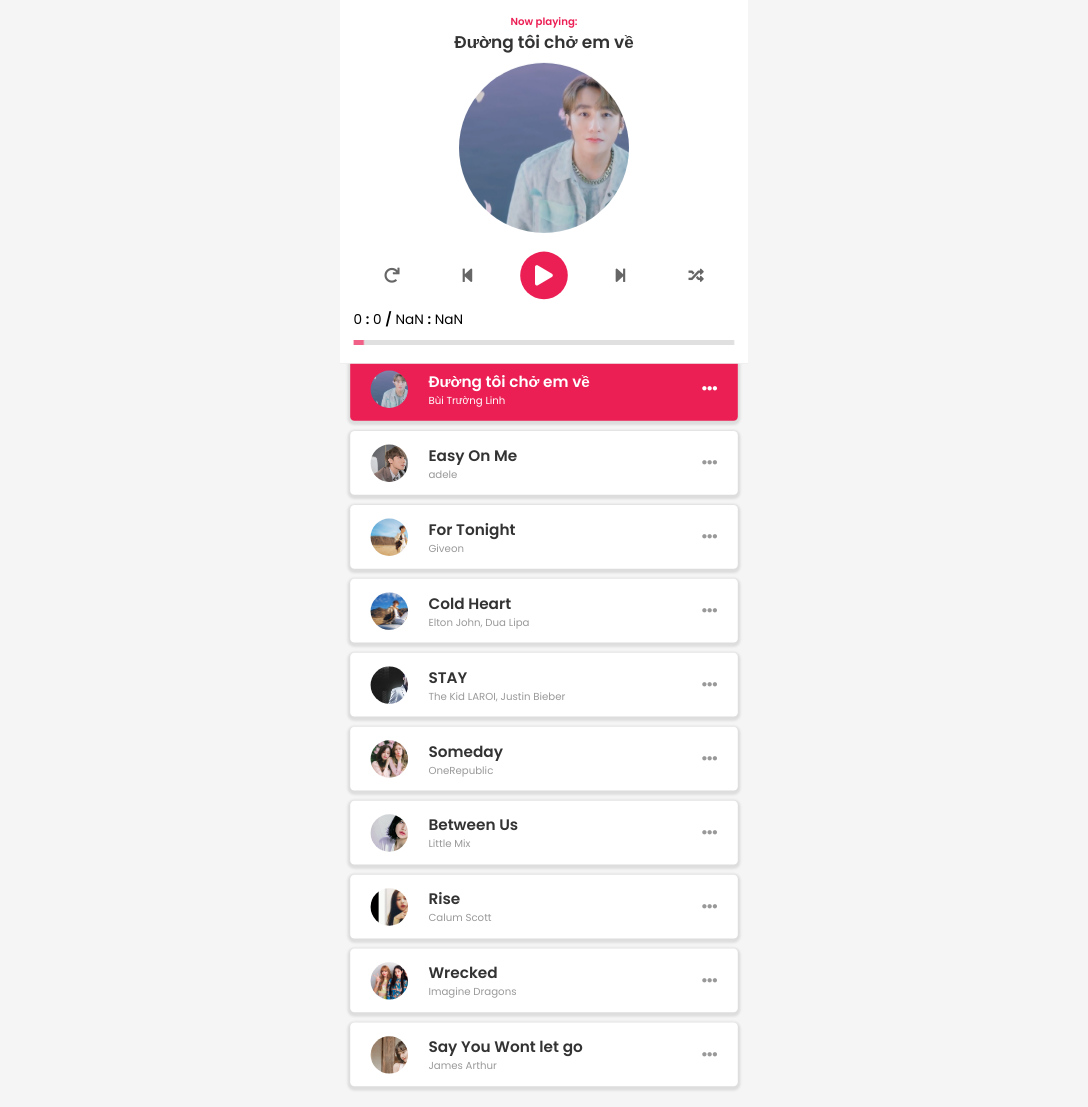
Repository: maivannhan1998/MusicPlayer.github.io
Page: index.html
These files come from the project's save history. The page is drawn as it stood at one moment and after the next save; the edit follows.
The browser window is 1280 px wide. The pictures show the whole page, at 85% of full size.

Above is the page before, as saved 2021-11-11 15:32:36.

### index.html
<!DOCTYPE html>
<html lang="en">
<head>
    <meta charset="UTF-8">
    <meta http-equiv="X-UA-Compatible" content="IE=edge">
    <meta name="viewport" content="width=device-width, initial-scale=1.0">
    <title>Music Play</title>
    <link rel="stylesheet" href="./assets/css/main.css">
    <link rel="stylesheet" href="https://cdnjs.cloudflare.com/ajax/libs/font-awesome/5.15.2/css/all.min.css" integrity="sha512-HK5fgLBL+xu6dm/Ii3z4xhlSUyZgTT9tuc/hSrtw6uzJOvgRr2a9jyxxT1ely+B+xFAmJKVSTbpM/CuL7qxO8w==" crossorigin="anonymous" />
    <link rel="preconnect" href="https://fonts.gstatic.com">
    <link href="https://fonts.googleapis.com/css2?family=Poppins:wght@300;400;600&display=swap" rel="stylesheet">
</head>
<body>
    <div class="player">
        <!-- Dashboard -->
        <div class="dashboard">
          <!-- Header -->
          <header>
            <h4>Now playing:</h4>
            <h2>String 57th & 9th</h2>
          </header>

          <!-- CD -->
          <div class="cd">
            <div class="cd-thumb">
            </div>
          </div>

          <!-- Control -->
          <div class="control">
                <div class="btn btn-repeat">
                    <i class="fas fa-redo"></i>
                </div>
                <div class="btn btn-prev">
                    <i class="fas fa-step-backward"></i>
                </div>
                <div class="btn btn-toggle-play">
                    <i class="fas fa-pause icon-pause"></i>
                    <i class="fas fa-play icon-play"></i>
                </div>
                <div class="btn btn-next">
                    <i class="fas fa-step-forward"></i>
                </div>
                <div class="btn btn-random">
                    <i class="fas fa-random"></i>
                </div>
          </div>
          <span id="time"></span>
          <b class="dot">:</b>
          <span id="timeCurrent"></span>
          <b class="dash">/</b>
          <span id="duration"></span>
          <b class="mark">:</b>
          <span id="timeDuration"></span>
          <input id="progress" class="progress" type="range" value="0" step="1" min="0" max="100">



          <audio id="audio" src=""></audio>
        </div>

        <!-- Playlist -->
        <div class="playlist">

        </div>

    </div>
    <script>
        /*
        1. render song
        2. scroll top
        3. play / pause / seek
        4. cd rotate
        5. next / prev
        6. random
        7. next / repeat when end
        8. active song
        9. scroll active song into view
        10. play song when click
        */

        const $ = document.querySelector.bind(document);
        const $$ = document.querySelectorAll.bind(document);

        // get element
        const cd = $('.cd');
        const cdWidth  = cd.offsetWidth;

        const heading  = $('header h2');
        const cdThumb = $('.cd-thumb');
        const audio = $('#audio');
        const player  = $('.player');

        const playBtn = $('.btn-toggle-play');

        const progress = $('#progress');

        const nextBtn = $('.btn-next');
        const prevBtn = $('.btn-prev');

        const randomBtn = $('.btn-random');

        const repeatBtn = $('.btn-repeat');

        const playList = $('.playlist');

        const time = $('#time');
        const Duration = $('#duration');
        const timeCurrent = $('#timeCurrent');
        const dot = $('.dot');
        const timeDuration = $('#timeDuration');
        const dash = $('.dash');
        const mark = $('.mark');


        const app = {

        currentIndex: 0,

        isPlaying: false,

        isRandom: false,

        isRepeat: false,

        songs: [
                {
                    name: 'Đường tôi chở em về',
                    singer: 'Bùi Trường Linh',
                    path: './assets/music/song11.mp3',
                    image: './assets/img/img2.jpg'
                }, {
                    name: 'Easy On Me',
                    singer: 'adele',
                    path: './assets/music/song1.mp3',
                    image: './assets/img/img1.jpg'
                }, {
                    name: 'For Tonight',
                    singer: 'Giveon',
                    path: './assets/music/song3.mp3',
                    image: './assets/img/img3.jpg'
                }, {
                    name: 'Cold Heart',
                    singer: 'Elton John, Dua Lipa',
                    path: './assets/music/song4.mp3',
                    image: './assets/img/img4.jpg'
                }, {
                    name: 'STAY',
                    singer: 'The Kid LAROI, Justin Bieber',
                    path: './assets/music/song5.mp3',
                    image: './assets/img/img5.jpg'
                }, {
                    name: 'Someday',
                    singer: 'OneRepublic',
                    path: './assets/music/song6.mp3',
                    image: './assets/img/img6.jpg'
                }, {
                    name: 'Between Us',
                    singer: 'Little Mix',
                    path: './assets/music/song7.mp3',
                    image: './assets/img/img7.jpg'
                }, {
                    name: 'Rise',
                    singer: 'Calum Scott',
                    path: './assets/music/song8.mp3',
                    image: './assets/img/img8.jpg'
                }, {
                    name: 'Wrecked',
                    singer: 'Imagine Dragons',
                    path: './assets/music/song9.mp3',
                    image: './assets/img/img9.jpg'
                }, {
                    name: 'Say You Wont let go',
                    singer: 'James Arthur',
                    path: './assets/music/song10.mp3',
                    image: './assets/img/img10.jpg'
                }
            ],

            render: function(){
                const htmls = this.songs.map((song, index) => {
                    return `
                        <div class="song ${index === this.currentIndex ? 'active' : '' }" data-index = "${index}">
                            <div class="thumb"
                                style="background-image: url('${song.image}')">
                            </div>
                            <div class="body">
                                <h3 class="title">${song.name}</h3>
                                <p class="author">${song.singer}</p>
                            </div>
                            <div class="option">
                                <i class="fas fa-ellipsis-h"></i>
                            </div>
                        </div>
                    `
                })
                playList.innerHTML = htmls.join('')
            },




            defineProperties: function(){
                Object.defineProperty(this, 'currentSong', {
                    get: function(){
                        return this.songs[this.currentIndex];
                    }
                })
            },

            handleEvents: function() {
                // handle cd turn / stop
                const cdAnimate =  cd.animate([

                { transform: 'rotate(360deg)' },
                ], {
                duration: 10000,
                iterations: Infinity
                });
                cdAnimate.pause()

                // handle zoom in / zoom out video
                document.onscroll = function () {
                    const scrollTop = window.scrollY || document.documentElement.scrollTop;
                    const newCdWidth = cdWidth - scrollTop;

                    cd.style.width = newCdWidth > 0 ? newCdWidth + 'px' : 0;
                    cd.style.opacity = newCdWidth / cdWidth;
                }

                // handle when click play
                playBtn.onclick = function() {
                    if(app.isPlaying) {
                        audio.pause();
                    }
                    else{
                        audio.play();
                    }




                    // case 2 use toggle
                    // app.isPlaying = !app.isPlaying
                    // // if true : play() ,if false : pause()
                    // app.isPlaying ? audio.play() : audio.pause()
                    // player.classList.toggle('playing',app.isPlaying)
                },

                // when song is paused
                audio.onpause = function() {
                        cdAnimate.pause()
                        app.isPlaying =  false;
                        player.classList.remove('playing');
                }
                    // when song is played
                audio.onplay = function() {
                        cdAnimate.play()
                        app.isPlaying = true;
                        player.classList.add('playing');
                },

                // when the song duration changes
                audio.ontimeupdate = function() {
                    if(audio.duration) {
                        const progressPercent = Math.floor(audio.currentTime / audio.duration * 100);
                        progress.value = progressPercent;
                    }
                    const minutes = audio.duration/60;
                    const millisecond = minutes*10;
                    const times =  audio.currentTime/60;
                    const timeCurrents = (times*10);
                    timeCurrent.innerHTML = timeCurrents.toFixed();
                    time.innerHTML = times.toFixed();
                    Duration.innerHTML = minutes.toFixed();
                    timeDuration.innerHTML = millisecond.toFixed();
                    dot.style.display = "inline-block";
                    dash.style.display = "inline-block";
                    mark.style.display = "inline-block";
                },

                // Xử lí khi tua bài hát
                progress.oninput = function(e) {
                    const seekTime  = e.target.value * audio.duration / 100;
                    audio.currentTime = seekTime;
                },



                //  next song
                nextBtn.onclick = function() {
                    if(app.isRandom) {
                        app.playRandomSong()
                    }
                    else {
                        app.nextSong();
                    }
                    audio.play();
                    app.render()
                    app.scrollInToView();

                },

                // backward song
                prevBtn.onclick = function() {
                    if(app.isRandom) {
                        app.playRandomSong()
                    }
                    else {
                        app.prevSong();
                    }
                    audio.play();
                    app.render()
                    app.scrollInToView();

                },

                // turn on / off random
                randomBtn.onclick = function() {
                if(app.isRandom) {
                        app.isRandom = false;
                        randomBtn.classList.remove('active')
                    }
                    else {
                        app.isRandom = true;
                        randomBtn.classList.add('active')
                        }
                    // use toggle
                    // app.isRandom = !app.isRandom;
                    // randomBtn.classList.toggle('active', app.isRandom);
                },

                repeatBtn.onclick = function() {
                    app.isRepeat = !app.isRepeat
                    repeatBtn.classList.toggle('active', app.isRepeat);
                }

                audio.onended = function() {
                    if(app.isRepeat) {
                        audio.play()
                    }
                    else {
                        // click(): auto click button next
                        nextBtn.click();
                    }
                }

                playList.onclick = function(e) {
                    const songNode = e.target.closest('.song:not(.active)');
                    if(songNode || e.target.closest('.option')) {
                        if(e.target.closest('.song:not(.active)')) {
                            app.currentIndex = Number(songNode.getAttribute('data-index'))
                            app.loadCurrentSong();
                            audio.play();
                            app.render()
                        }
                    }
                }
            },

            loadCurrentSong: function() {

                heading.innerText = this.currentSong.name;
                cdThumb.style.backgroundImage = `url('${this.currentSong.image}')`;
                audio.src = this.currentSong.path;

            },

            // handle next Song
            nextSong: function() {
                this.currentIndex++;
                if(this.currentIndex >= this.songs.length) {
                    this.currentIndex = 0;
                }
                this.loadCurrentSong();
            },

            prevSong: function() {
                this.currentIndex--;
                if(this.currentIndex < 0) {
                    this.currentIndex = this.songs.length - 1
                }

                this.loadCurrentSong();
            },

            playRandomSong: function() {
                let newSong;
                do {
                    newSong = Math.floor(Math.random() * this.songs.length)
                }
                while(newSong === this.currentIndex)

                this.currentIndex = newSong;
                this.loadCurrentSong();

            },

            scrollInToView: function() {
              setTimeout(function() {
                $('.song.active').scrollIntoView({
                    behavior: 'smooth',
                    block: 'center'

                });
              },200)
            },

            start: function() {
                // Define attributes for Obj
                this.defineProperties();

                // listen / handle events (Dom events)
                this.handleEvents();

                // Load this first song info into UI when running the app
                this.loadCurrentSong();

                // render playlist
                this.render();
            }
        }
        app.start();


    </script>
</body>
</html>

### assets/css/main.css
:root {
  --primary-color: #ec1f55;
  --text-color: #333;
}

* {
  padding: 0;
  margin: 0;
  box-sizing: inherit;
}

body {
  background-color: #f5f5f5;
}

html {
  box-sizing: border-box;
  font-family: "Poppins", sans-serif;
}

.player {
  position: relative;
  max-width: 480px;
  margin: 0 auto;
}

.player .icon-pause {
  display: none;
}

.player.playing .icon-pause {
  display: inline-block;
}

.player.playing .icon-play {
  display: none;
}

.dashboard {
  position: fixed;
  padding: 16px 16px 14px;
  background-color: #fff;
  top: 0;
  width: 100%;
  max-width: 480px;
  border-bottom: 1px solid #ebebeb;
}

header {
  text-align: center;
  margin-bottom: 10px;
}

header h2 {
  color: var(--text-color);
  font-size: 20px;
}

header h4 {
  color: var(--primary-color);
  font-size: 12px;
}

.cd {
  display: flex;
  margin: auto;
  width: 200px;
}

.cd-thumb {
  background-image: url('/assets/img/img10.jpg');
  width: 100%;
  padding-top: 100%;
  border-radius: 50%;
  background-color: #333;
  background-size: cover;
  margin: auto;
}

.control {
  display: flex;
  align-items: center;
  justify-content: space-around;
  padding: 18px 0 8px 0;
}

.control .btn {
  color: #666;
  padding: 18px;
  font-size: 18px;
}

.control .btn.active {
  color: var(--primary-color);
}

.control .btn-toggle-play {
  display: flex;
  align-items: center;
  justify-content: center;
  width: 56px;
  height: 56px;
  border-radius: 50%;
  font-size: 24px;
  color: #fff;
  background-color: var(--primary-color);
}

.progress {
  width: 100%;
  -webkit-appearance: none;
  appearance: none;
  height: 6px;
  background: #d3d3d3;
  outline: none;
  opacity: 0.7;
  -webkit-transition: 0.2s;
  transition:  opacity 0.2s;
}

.progress::-webkit-slider-thumb {
  -webkit-appearance: none;
  appearance: none;
  cursor: pointer;
  background-color: var(--primary-color);
  width: 12px;
  height: 6px;
}

.playlist {
  margin-top: 408px;
  padding: 12px;
}
.song {
  display: flex;
  align-items: center;
  margin-bottom: 12px;
  background-color: #fff;
  padding: 8px 16px;
  border-radius: 5px;
  box-shadow: 0 2px 3px 3px rgba(0, 0, 0, 0.1);
}

.song.active {
  background-color: var(--primary-color);
}

.song:active {
  opacity: 0.8;
}

.song.active .option,
.song.active .author,
.song.active .title {
  color: #fff;
}

.song .thumb {
  width: 44px;
  height: 44px;
  border-radius: 50%;
  background-size: cover;
  margin: 0 8px;
}

.song .body {
  flex: 1;
  padding: 0 16px;
}

.song .title {
  font-size: 18px;
  color: var(--text-color);
}

.song .author {
  font-size: 12px;
  color: #999;
}

  .song .option {
    padding: 16px 8px;
    color: #999;
    font-size: 18px;
  }

After the next save:
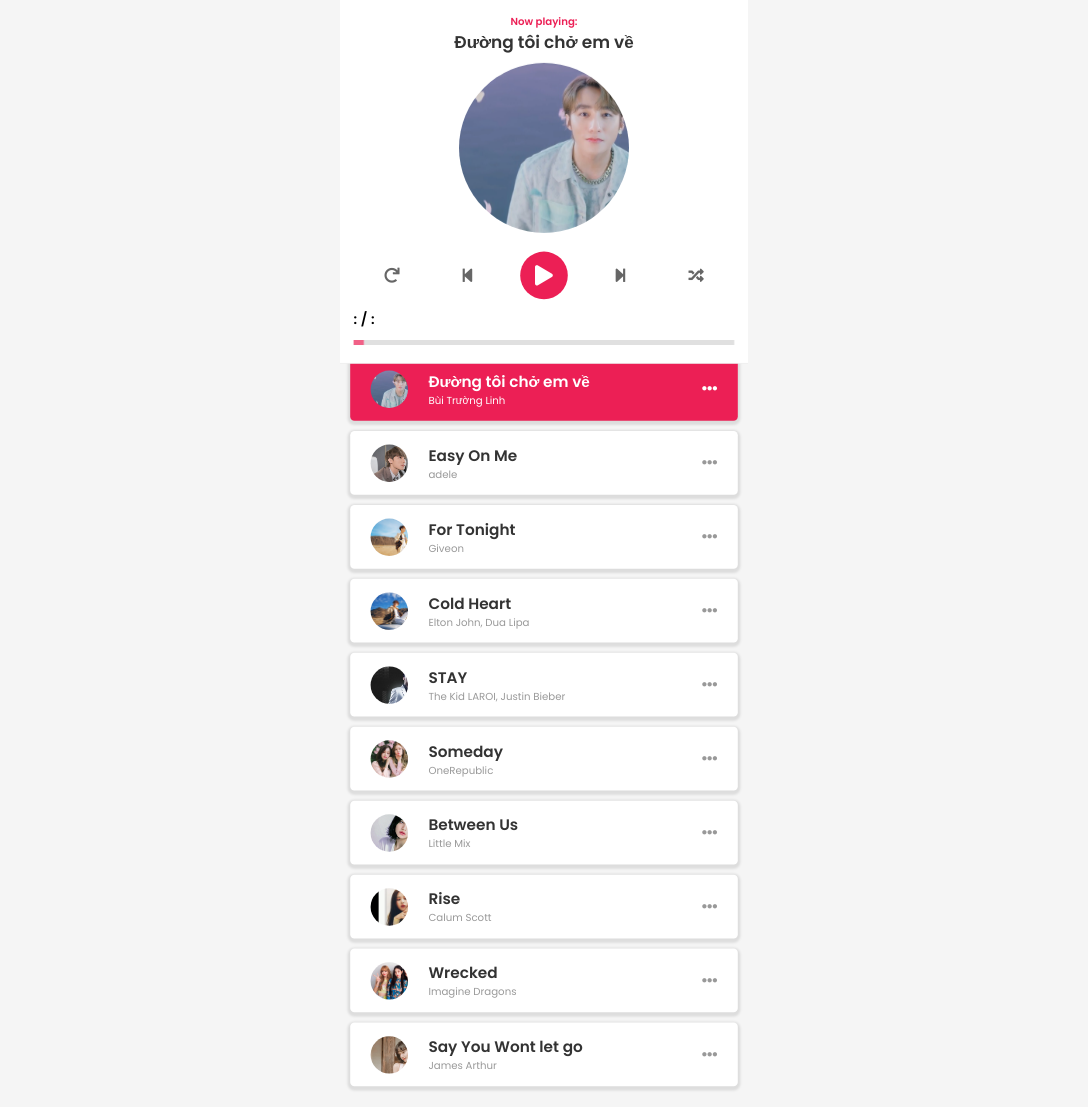
Console error: ReferenceError: progressPercent is not defined
Saved 105 s later.
--- a/index.html
+++ b/index.html
@@ -264,8 +264,8 @@
                 audio.ontimeupdate = function() {
                     if(audio.duration) {
                         const progressPercent = Math.floor(audio.currentTime / audio.duration * 100);
-                        progress.value = progressPercent;
-                    }
+                    }
+                    progress.value = progressPercent;
                     const minutes = audio.duration/60;
                     const millisecond = minutes*10;
                     const times =  audio.currentTime/60;

After the save that followed:
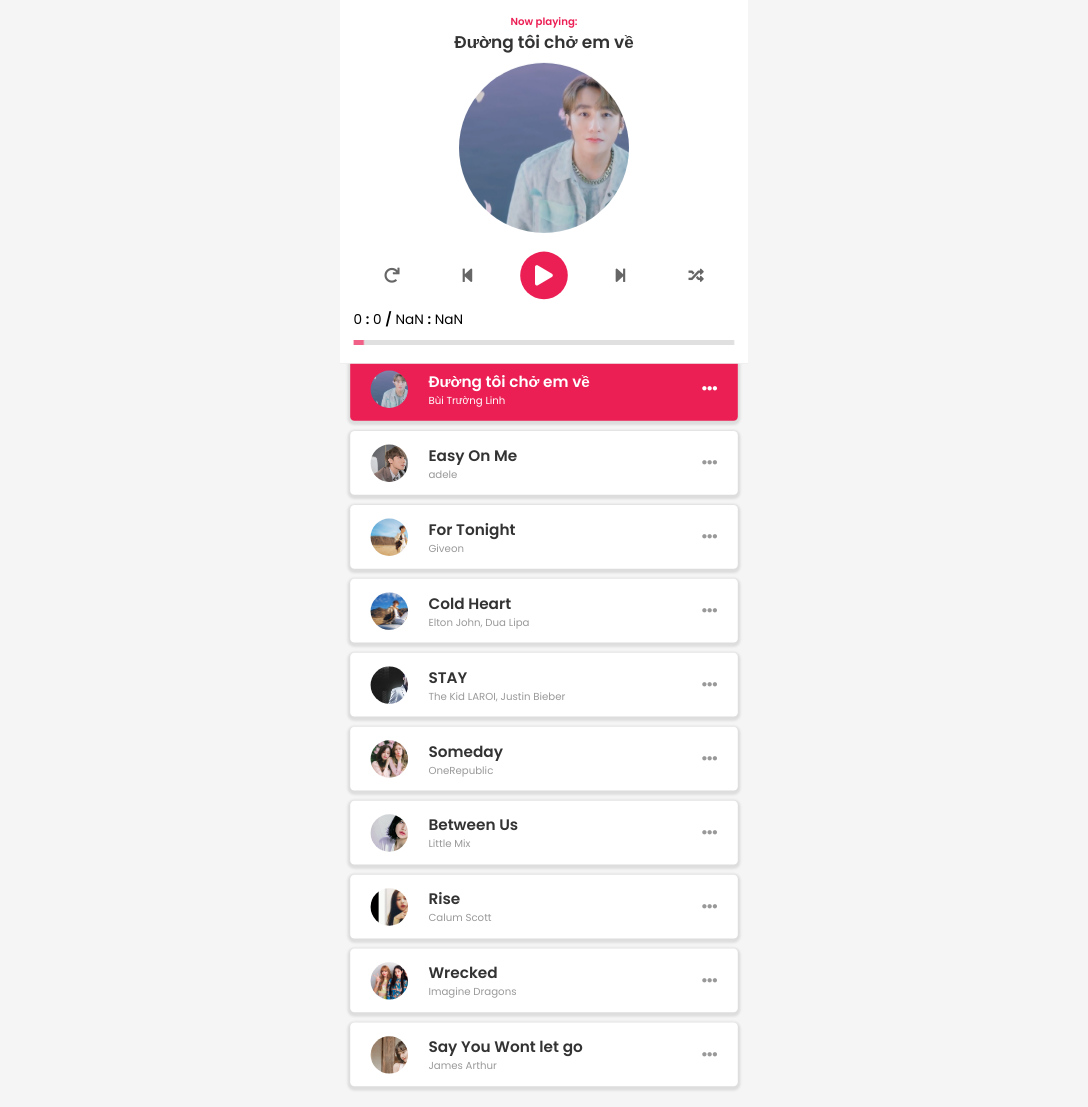
The error is gone.
Saved 6 s later.
--- a/index.html
+++ b/index.html
@@ -264,8 +264,8 @@
                 audio.ontimeupdate = function() {
                     if(audio.duration) {
                         const progressPercent = Math.floor(audio.currentTime / audio.duration * 100);
-                    }
-                    progress.value = progressPercent;
+                        progress.value = progressPercent;
+                    }
                     const minutes = audio.duration/60;
                     const millisecond = minutes*10;
                     const times =  audio.currentTime/60;
